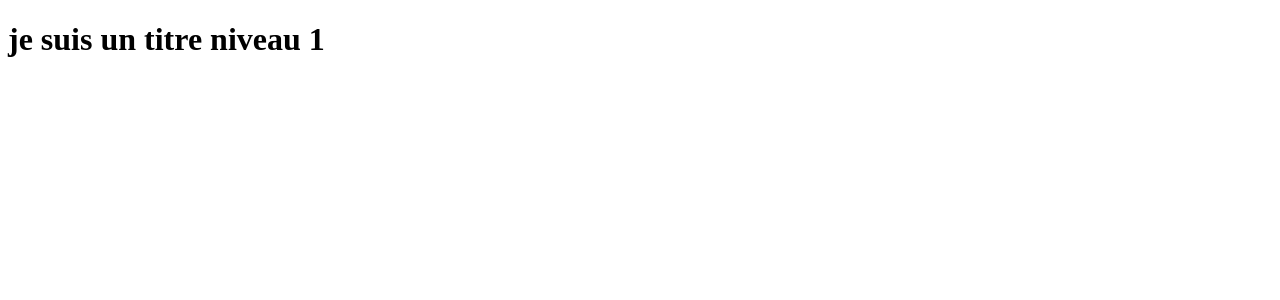
Repository: serviceshuios/Git-Aix-Web
Page: bases-html/WebContent/index.html
An editor plug-in stored every save of this project. The page is shown before and after the next save, followed by the edit.
The browser window is 1280 px wide. The pictures show the whole page.

Above is the page before, as saved 2018-10-22 09:38:34.

### bases-html/WebContent/index.html
<!DOCTYPE html>
<html>
	<head>
		<meta charset="utf-8"/>
		<title>BASES HTML</title>
	</head>
	<body>
		<!-- je suis un commentaire -->
		<h1>je suis un titre niveau 1</h1>
	</body>
</html>

After the next save:
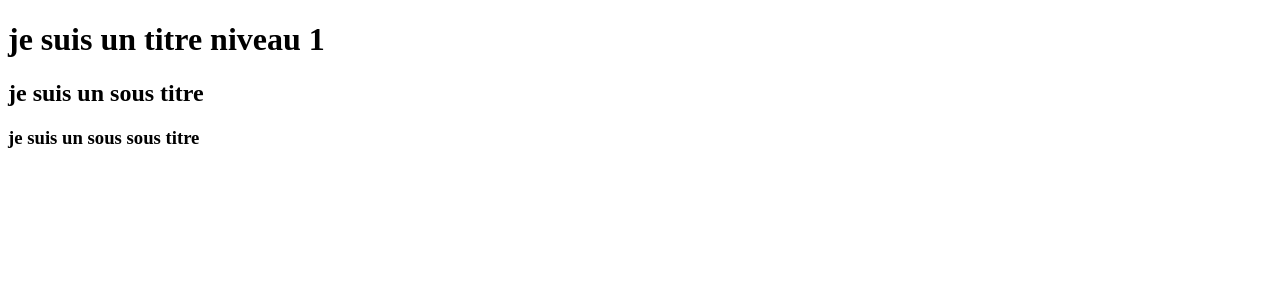
Saved 43 s later.
--- a/bases-html/WebContent/index.html
+++ b/bases-html/WebContent/index.html
@@ -7,5 +7,7 @@
 	<body>
 		<!-- je suis un commentaire -->
 		<h1>je suis un titre niveau 1</h1>
+		<h2>je suis un sous titre</h2>
+		<h3>je suis un sous sous titre</h3>
 	</body>
 </html>
